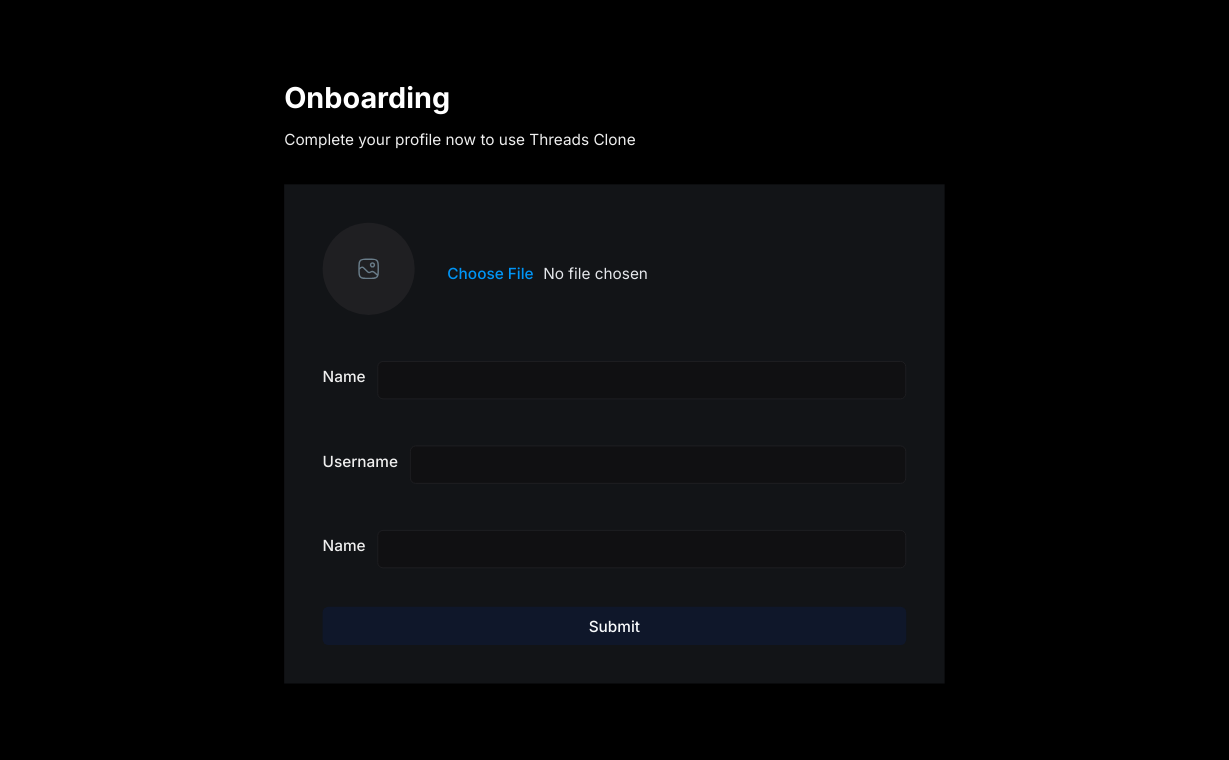
Repository: Elswee13/threads_app
Page: /onboarding
The author's editor kept a copy of each file at every save. The page is drawn from the files as they stood at one save, then again after the next save.
The browser window is 1280 px wide. The pictures show the whole page, at 96% of full size.
The page's requests for data from a server got no answer. The project was rebuilt for these pictures with package versions that can differ from the ones it lists, and the page was loaded fresh each time. Some packages were replaced by stand-ins written for this rebuild. The framework's server and built-in components were replaced by stand-ins that run in the browser. No one was signed in, and anything a server would have sent is missing. Also part of the build but not shown: next.config.js.

Above is the page before, as saved 2023-12-04 09:25:24.

### app/(auth)/layout.tsx
import React from "react";
import type { Metadata } from "next";
import { Inter } from "next/font/google";
import { ClerkProvider } from "@clerk/nextjs";
// import { dark } from "@clerk/themes";

import "../globals.css";

const inter = Inter({ subsets: ["latin"] });

export const metadata: Metadata = {
    title: "Threads",
    description: "A Next.js 14 Meta Threads Application Clone",
};

export default function RootLayout({
  children,
}: {
  children: React.ReactNode;
}) {
  return (
    <ClerkProvider
      appearance={{
        // baseTheme: dark,
      }}
    >
      <html lang='en'>
        <body className={`${inter.className} bg-dark-1`}>{children}</body>
      </html>
    </ClerkProvider>
  );
}

### app/(auth)/onboarding/page.tsx


import React from "react";
import AccountProfile from "@/components/forms/AccountProfile";
import { currentUser } from "@clerk/nextjs";

async function Page(){
    const user = await currentUser();

    const userInfo = {};

    const userData = {
        id: user?.id,
        objectId: userInfo?._id,
        username: userInfo?.username || user?.username,
        name: userInfo?.name || user?.firstName || "",
        bio: userInfo?.bio || "",
        image: userInfo?.image || user?.imageUrl,
    };

    return(
        <main className="mx-auto flex max-w-3xl flex-col justify-start px-10 py-20 " >
            <h1 className="head-text" >Onboarding</h1>
            <p className="mt-3 text-base-regular text-light-2" >
            Complete your profile now to use Threads Clone
            </p>

            <section className="mt-9 bg-dark-2 p-10" >
                <AccountProfile/>
            </section>
        </main>
    )
}

export default Page;

### components/forms/AccountProfile.tsx
"use client"

import React, { ChangeEvent } from "react";
import { useForm } from "react-hook-form";
import { Button } from "@/components/ui/button";
import {
    Form,
    FormControl,
    FormField,
    FormItem,
    FormLabel,
  } from "@/components/ui/form";
import { Input } from "@/components/ui/input";
import { zodResolver } from "@hookform/resolvers/zod";
import { userValidation } from '@/lib/validations/user';
import * as z from "zod"
import Image from "next/image";


interface Props{
    user:{
        id:string;
        objectId: string;
        username: string;
        name: string;
        bio: string;
        image: string;
    };
    btnTitle: string;
}

const AccountProfile = ({user,btnTitle}: Props) =>{

    const form = useForm({
        resolver: zodResolver(userValidation),
        defaultValues:{
            profile_photo: '',
            name: '',
            username: '',
            bio: ''
        }
    })

    const handleImage = (e: ChangeEvent, fieldChange:(value:string)=>void)=>{
        e.preventDefault();
    }

    function onSubmit(values: z.infer<typeof userValidation>) {
        // Do something with the form values.
        // ✅ This will be type-safe and validated.
        console.log(values)
      }

    return(
       <Form {...form}>
        <form
        onSubmit={form.handleSubmit(onSubmit)}
        className="flex flex-col justify-start gap-10"
        >

            {/* this first form field is for profile photo */}
        <FormField
          control={form.control}
          name='profile_photo'
          render={({ field }) => (
            <FormItem className='flex items-center gap-4'>
              <FormLabel className='account-form_image-label'>
                {field.value ? (
                  <Image
                    src={field.value}
                    alt='profile_icon'
                    width={96}
                    height={96}
                    priority
                    className='rounded-full object-contain'
                  />
                ) : (
                  <Image
                    src='/assets/profile.svg'
                    alt='profile_icon'
                    width={24}
                    height={24}
                    className='object-contain'
                  />
                )}
              </FormLabel>
              <FormControl className='flex-1 text-base-semibold text-gray-200'>
                <Input
                  type='file'
                  accept='image/*'
                  placeholder='Add profile photo'
                  className='account-form_image-input'
                  onChange={(e) => handleImage(e, field.onChange)}
                />
              </FormControl>
            </FormItem>
          )}
        />
                {/* this form field is for the name */}
         <FormField
          control={form.control}
          name='name'
          render={({ field }) => (
            <FormItem className='flex items-center gap-3 w-full'>
              <FormLabel className='text-base-semibold text-light-2'>
                Name
              </FormLabel>
              <FormControl className='flex-1 text-base-semibold text-gray-200'>
                <Input
                  type="text"
                  className='account-form_input no-focus'
                  {...field}
                />
              </FormControl>
            </FormItem>
          )}
        />

            {/* this form field is for the username */}
         <FormField
          control={form.control}
          name='username'
          render={({ field }) => (
            <FormItem className='flex items-center gap-3 w-full'>
              <FormLabel className='text-base-semibold text-light-2'>
                Username
              </FormLabel>
              <FormControl className='flex-1 text-base-semibold text-gray-200'>
                <Input
                  type="text"
                  className='account-form_input no-focus'
                  {...field}
                />
              </FormControl>
            </FormItem>
          )}
        />

             {/* this form field is for the name */}
         <FormField
          control={form.control}
          name='name'
          render={({ field }) => (
            <FormItem className='flex items-center gap-3 w-full'>
              <FormLabel className='text-base-semibold text-light-2'>
                Name
              </FormLabel>
              <FormControl className='flex-1 text-base-semibold text-gray-200'>
                <Input
                  type="text"
                  className='account-form_input no-focus'
                  {...field}
                />
              </FormControl>
            </FormItem>
          )}
        />

          <Button type="submit">Submit</Button>
        </form>
      </Form>
    );
};

export default AccountProfile;

### components/ui/button.tsx
import * as React from "react"
import { Slot } from "@radix-ui/react-slot"
import { cva, type VariantProps } from "class-variance-authority"

import { cn } from "@/lib/utils"

const buttonVariants = cva(
  "inline-flex items-center justify-center whitespace-nowrap rounded-md text-sm font-medium ring-offset-white transition-colors focus-visible:outline-none focus-visible:ring-2 focus-visible:ring-slate-950 focus-visible:ring-offset-2 disabled:pointer-events-none disabled:opacity-50 dark:ring-offset-slate-950 dark:focus-visible:ring-slate-300",
  {
    variants: {
      variant: {
        default: "bg-slate-900 text-slate-50 hover:bg-slate-900/90 dark:bg-slate-50 dark:text-slate-900 dark:hover:bg-slate-50/90",
        destructive:
          "bg-red-500 text-slate-50 hover:bg-red-500/90 dark:bg-red-900 dark:text-slate-50 dark:hover:bg-red-900/90",
        outline:
          "border border-slate-200 bg-white hover:bg-slate-100 hover:text-slate-900 dark:border-slate-800 dark:bg-slate-950 dark:hover:bg-slate-800 dark:hover:text-slate-50",
        secondary:
          "bg-slate-100 text-slate-900 hover:bg-slate-100/80 dark:bg-slate-800 dark:text-slate-50 dark:hover:bg-slate-800/80",
        ghost: "hover:bg-slate-100 hover:text-slate-900 dark:hover:bg-slate-800 dark:hover:text-slate-50",
        link: "text-slate-900 underline-offset-4 hover:underline dark:text-slate-50",
      },
      size: {
        default: "h-10 px-4 py-2",
        sm: "h-9 rounded-md px-3",
        lg: "h-11 rounded-md px-8",
        icon: "h-10 w-10",
      },
    },
    defaultVariants: {
      variant: "default",
      size: "default",
    },
  }
)

export interface ButtonProps
  extends React.ButtonHTMLAttributes<HTMLButtonElement>,
    VariantProps<typeof buttonVariants> {
  asChild?: boolean
}

const Button = React.forwardRef<HTMLButtonElement, ButtonProps>(
  ({ className, variant, size, asChild = false, ...props }, ref) => {
    const Comp = asChild ? Slot : "button"
    return (
      <Comp
        className={cn(buttonVariants({ variant, size, className }))}
        ref={ref}
        {...props}
      />
    )
  }
)
Button.displayName = "Button"

export { Button, buttonVariants }

### components/ui/form.tsx
import * as React from "react"
import * as LabelPrimitive from "@radix-ui/react-label"
import { Slot } from "@radix-ui/react-slot"
import {
  Controller,
  ControllerProps,
  FieldPath,
  FieldValues,
  FormProvider,
  useFormContext,
} from "react-hook-form"

import { cn } from "@/lib/utils"
import { Label } from "@/components/ui/label"

const Form = FormProvider

type FormFieldContextValue<
  TFieldValues extends FieldValues = FieldValues,
  TName extends FieldPath<TFieldValues> = FieldPath<TFieldValues>
> = {
  name: TName
}

const FormFieldContext = React.createContext<FormFieldContextValue>(
  {} as FormFieldContextValue
)

const FormField = <
  TFieldValues extends FieldValues = FieldValues,
  TName extends FieldPath<TFieldValues> = FieldPath<TFieldValues>
>({
  ...props
}: ControllerProps<TFieldValues, TName>) => {
  return (
    <FormFieldContext.Provider value={{ name: props.name }}>
      <Controller {...props} />
    </FormFieldContext.Provider>
  )
}

const useFormField = () => {
  const fieldContext = React.useContext(FormFieldContext)
  const itemContext = React.useContext(FormItemContext)
  const { getFieldState, formState } = useFormContext()

  const fieldState = getFieldState(fieldContext.name, formState)

  if (!fieldContext) {
    throw new Error("useFormField should be used within <FormField>")
  }

  const { id } = itemContext

  return {
    id,
    name: fieldContext.name,
    formItemId: `${id}-form-item`,
    formDescriptionId: `${id}-form-item-description`,
    formMessageId: `${id}-form-item-message`,
    ...fieldState,
  }
}

type FormItemContextValue = {
  id: string
}

const FormItemContext = React.createContext<FormItemContextValue>(
  {} as FormItemContextValue
)

const FormItem = React.forwardRef<
  HTMLDivElement,
  React.HTMLAttributes<HTMLDivElement>
>(({ className, ...props }, ref) => {
  const id = React.useId()

  return (
    <FormItemContext.Provider value={{ id }}>
      <div ref={ref} className={cn("space-y-2", className)} {...props} />
    </FormItemContext.Provider>
  )
})
FormItem.displayName = "FormItem"

const FormLabel = React.forwardRef<
  React.ElementRef<typeof LabelPrimitive.Root>,
  React.ComponentPropsWithoutRef<typeof LabelPrimitive.Root>
>(({ className, ...props }, ref) => {
  const { error, formItemId } = useFormField()

  return (
    <Label
      ref={ref}
      className={cn(error && "text-red-500 dark:text-red-900", className)}
      htmlFor={formItemId}
      {...props}
    />
  )
})
FormLabel.displayName = "FormLabel"

const FormControl = React.forwardRef<
  React.ElementRef<typeof Slot>,
  React.ComponentPropsWithoutRef<typeof Slot>
>(({ ...props }, ref) => {
  const { error, formItemId, formDescriptionId, formMessageId } = useFormField()

  return (
    <Slot
      ref={ref}
      id={formItemId}
      aria-describedby={
        !error
          ? `${formDescriptionId}`
          : `${formDescriptionId} ${formMessageId}`
      }
      aria-invalid={!!error}
      {...props}
    />
  )
})
FormControl.displayName = "FormControl"

const FormDescription = React.forwardRef<
  HTMLParagraphElement,
  React.HTMLAttributes<HTMLParagraphElement>
>(({ className, ...props }, ref) => {
  const { formDescriptionId } = useFormField()

  return (
    <p
      ref={ref}
      id={formDescriptionId}
      className={cn("text-sm text-slate-500 dark:text-slate-400", className)}
      {...props}
    />
  )
})
FormDescription.displayName = "FormDescription"

const FormMessage = React.forwardRef<
  HTMLParagraphElement,
  React.HTMLAttributes<HTMLParagraphElement>
>(({ className, children, ...props }, ref) => {
  const { error, formMessageId } = useFormField()
  const body = error ? String(error?.message) : children

  if (!body) {
    return null
  }

  return (
    <p
      ref={ref}
      id={formMessageId}
      className={cn("text-sm font-medium text-red-500 dark:text-red-900", className)}
      {...props}
    >
      {body}
    </p>
  )
})
FormMessage.displayName = "FormMessage"

export {
  useFormField,
  Form,
  FormItem,
  FormLabel,
  FormControl,
  FormDescription,
  FormMessage,
  FormField,
}

### components/ui/input.tsx
import * as React from "react"

import { cn } from "@/lib/utils"

export interface InputProps
  extends React.InputHTMLAttributes<HTMLInputElement> {}

const Input = React.forwardRef<HTMLInputElement, InputProps>(
  ({ className, type, ...props }, ref) => {
    return (
      <input
        type={type}
        className={cn(
          "flex h-10 w-full rounded-md border border-slate-200 bg-white px-3 py-2 text-sm ring-offset-white file:border-0 file:bg-transparent file:text-sm file:font-medium placeholder:text-slate-500 focus-visible:outline-none focus-visible:ring-2 focus-visible:ring-slate-950 focus-visible:ring-offset-2 disabled:cursor-not-allowed disabled:opacity-50 dark:border-slate-800 dark:bg-slate-950 dark:ring-offset-slate-950 dark:placeholder:text-slate-400 dark:focus-visible:ring-slate-300",
          className
        )}
        ref={ref}
        {...props}
      />
    )
  }
)
Input.displayName = "Input"

export { Input }

### lib/validations/user.ts
import * as z from 'zod';
//  This is for saving user data

export const userValidation = z.object({
    profile_photo: z.string().url().nonempty(),
    name: z.string().min(3,{message:"Minimum 3 Characters"}).max(30),
    username: z.string().min(3,{message:"Minimum 3 Characters"}).max(30),
    bio: z.string().min(0,{message:"Minimum 3 Characters"}).max(1000),
})

### components/ui/label.tsx
"use client"

import * as React from "react"
import * as LabelPrimitive from "@radix-ui/react-label"
import { cva, type VariantProps } from "class-variance-authority"

import { cn } from "@/lib/utils"

const labelVariants = cva(
  "text-sm font-medium leading-none peer-disabled:cursor-not-allowed peer-disabled:opacity-70"
)

const Label = React.forwardRef<
  React.ElementRef<typeof LabelPrimitive.Root>,
  React.ComponentPropsWithoutRef<typeof LabelPrimitive.Root> &
    VariantProps<typeof labelVariants>
>(({ className, ...props }, ref) => (
  <LabelPrimitive.Root
    ref={ref}
    className={cn(labelVariants(), className)}
    {...props}
  />
))
Label.displayName = LabelPrimitive.Root.displayName

export { Label }

### components/ui/textarea.tsx
import * as React from "react"

import { cn } from "@/lib/utils"

export interface TextareaProps
  extends React.TextareaHTMLAttributes<HTMLTextAreaElement> {}

const Textarea = React.forwardRef<HTMLTextAreaElement, TextareaProps>(
  ({ className, ...props }, ref) => {
    return (
      <textarea
        className={cn(
          "flex min-h-[80px] w-full rounded-md border border-slate-200 bg-white px-3 py-2 text-sm ring-offset-white placeholder:text-slate-500 focus-visible:outline-none focus-visible:ring-2 focus-visible:ring-slate-950 focus-visible:ring-offset-2 disabled:cursor-not-allowed disabled:opacity-50 dark:border-slate-800 dark:bg-slate-950 dark:ring-offset-slate-950 dark:placeholder:text-slate-400 dark:focus-visible:ring-slate-300",
          className
        )}
        ref={ref}
        {...props}
      />
    )
  }
)
Textarea.displayName = "Textarea"

export { Textarea }

Loaded but not shown: app/layout.tsx (common file); app/globals.css (common file); lib/utils.ts (common file); tailwind.config.js (common file)

After the next save:
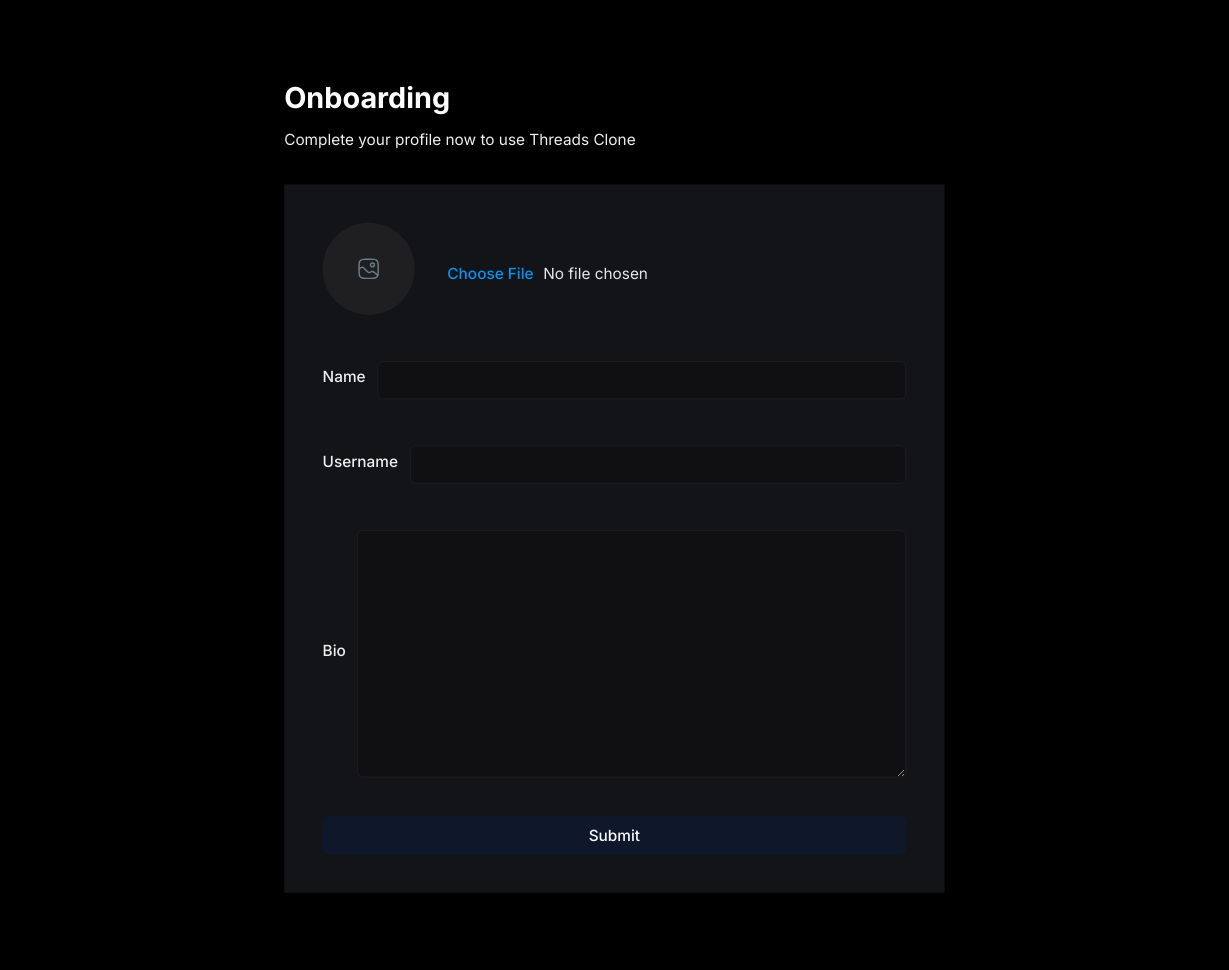
Saved 9 min 6 s later.
--- a/components/forms/AccountProfile.tsx
+++ b/components/forms/AccountProfile.tsx
@@ -11,6 +11,7 @@ import {
     FormLabel,
   } from "@/components/ui/form";
 import { Input } from "@/components/ui/input";
+import { Textarea } from "@/components/ui/textarea";
 import { zodResolver } from "@hookform/resolvers/zod";
 import { userValidation } from '@/lib/validations/user';
 import * as z from "zod"
@@ -136,18 +137,18 @@ const AccountProfile = ({user,btnTitle}: Props) =>{
           )}
         />
 
-             {/* this form field is for the name */}
+             {/* this form field is for the biography */}
          <FormField
           control={form.control}
-          name='name'
+          name='bio'
           render={({ field }) => (
             <FormItem className='flex items-center gap-3 w-full'>
               <FormLabel className='text-base-semibold text-light-2'>
-                Name
+                Bio
               </FormLabel>
               <FormControl className='flex-1 text-base-semibold text-gray-200'>
-                <Input
-                  type="text"
+                <Textarea
+                  rows={10}
                   className='account-form_input no-focus'
                   {...field}
                 />
